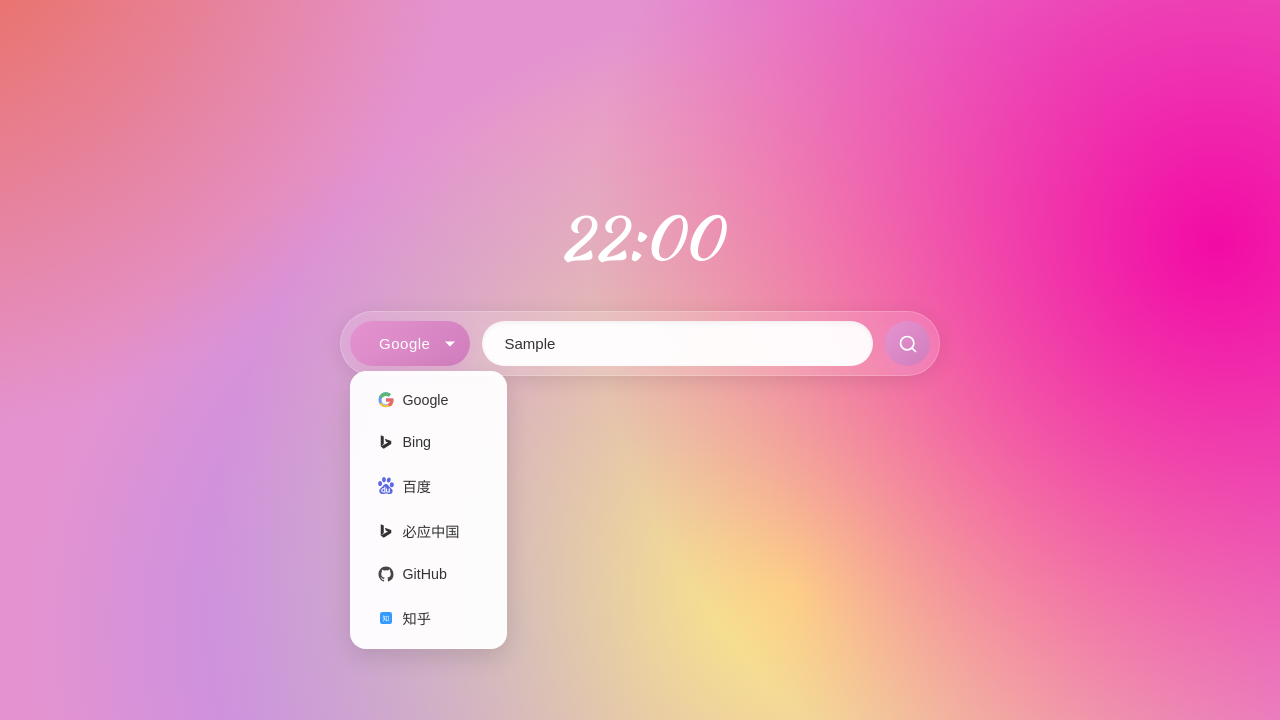
Repository: RADEKWRLD/NaviR
Page: index.html
These files come from the project's save history. The page is drawn as it stood at one moment and after the next save; the edit follows.
The browser window is 1280 px wide. The pictures show the whole page.
Empty fields were first filled with sample values (such as "Sample", 5 or name@example.com).
After loading, the first visible `#engine-btn` was clicked once.

Above is the page before, as saved 2025-05-23 23:02:46.
Console error: TypeError: Cannot read properties of null (reading 'appendChild')

### index.html
<!DOCTYPE html>
<html lang="en">
<head>
    <meta charset="UTF-8">
    <meta name="viewport" content="width=device-width, initial-scale=1.0">
    <title>Document</title>
    <link rel="stylesheet" href="style.css">
</head>
<body>
    <div id="main">
        <div id="clock"><span>00:00</span></div>

        <div class="search-container">
            <form id="search-form">
                <div class="engine-dropdown">
                    <button type="button" id="engine-btn" class="engine-btn">Google</button>
                    <ul id="engine-menu" class="engine-menu">
                        <li data-value="Google">
                            <!-- Google SVG -->
                            <svg width="20" height="20" viewBox="0 0 48 48"><g><path fill="#4285F4" d="M43.6 20.5H42V20H24v8h11.3C34.7 32.1 30.1 36 24 36c-6.6 0-12-5.4-12-12s5.4-12 12-12c2.7 0 5.2.9 7.2 2.4l6-6C33.5 5.1 28.1 3 24 3 12.9 3 4 11.9 4 23s8.9 20 20 20c11 0 19.7-8 19.7-20 0-1.3-.1-2.7-.3-4z"/><path fill="#34A853" d="M6.3 14.7l6.6 4.8C14.5 16.1 18.9 13 24 13c2.7 0 5.2.9 7.2 2.4l6-6C33.5 5.1 28.1 3 24 3c-7.7 0-14.2 4.4-17.7 10.7z"/><path fill="#FBBC05" d="M24 43c6.1 0 11.2-2 14.9-5.4l-6.9-5.7C30.1 36 25.5 38 24 38c-5.1 0-9.5-3.1-11.1-7.5l-6.6 5.1C9.8 39.6 16.3 43 24 43z"/><path fill="#EA4335" d="M43.6 20.5H42V20H24v8h11.3c-1.1 3.1-4.3 6-7.3 7.5l6.9 5.7C40.2 39.6 44 32.7 44 24c0-1.3-.1-2.7-.4-3.5z"/></g></svg>
                            Google
                        </li>
                        <li data-value="Bing">
                            <!-- 新 Bing SVG -->
                            <svg class="icon" width="20" height="20" viewBox="0 0 1024 1024" version="1.1" xmlns="http://www.w3.org/2000/svg">
                                <path d="M213.333333 770.986667 626.346667 546.986667 512 491.946667 442.453333 332.8 810.666667 452.266667 810.666667 631.466667 382.72 890.453333 213.333333 770.986667 213.333333 133.546667 384 192 384 618.666667 213.333333 770.986667Z"></path>
                            </svg>
                            Bing
                        </li>
                        <li data-value="百度">
                            <!-- 百度 SVG -->
                            <svg xmlns="http://www.w3.org/2000/svg" viewBox="32.482 0 961.665 1077.564" width="20" height="20">
                                <path fill="#3245DF" d="M184.682 538.759c111.177-23.874 96.03-156.737 92.702-185.776-5.445-44.768-58.102-123.02-129.606-116.831-89.98 8.074-103.126 138.052-103.126 138.052-12.17 60.08 29.132 188.452 140.03 164.555zM302.746 769.86c-3.257 9.331-10.517 33.228-4.234 54.03 12.402 46.677 52.912 48.77 52.912 48.77h58.218V730.35h-62.336c-28.016 8.354-41.535 30.157-44.56 39.51zm88.281-453.898c61.406 0 111.037-70.667 111.037-158.04C502.064 70.643 452.433 0 391.027 0c-61.312 0-111.06 70.643-111.06 157.923 0 87.373 49.77 158.04 111.06 158.04zm264.47 10.447c82.068 10.657 134.84-76.925 145.335-143.31 10.703-66.292-42.256-143.288-100.357-156.527-58.218-13.356-130.909 79.904-137.54 140.704-7.912 74.32 10.633 148.593 92.562 159.133zm201.086 390.213s-126.976-98.24-201.11-204.414C555 355.66 412.272 419.37 364.525 498.993 316.987 578.594 242.9 628.947 232.382 642.28c-10.68 13.124-153.385 90.166-121.694 230.87 31.669 140.612 142.939 137.936 142.939 137.936s81.998 8.074 177.12-13.217c95.168-21.104 177.096 5.26 177.096 5.26s222.284 74.435 283.108-68.852c60.754-143.334-34.368-217.654-34.368-217.654zM476.26 929.88H331.739c-62.406-12.449-87.257-55.03-90.398-62.29-3.072-7.376-20.802-41.604-11.425-99.845 26.968-87.257 103.87-93.516 103.87-93.516h76.926v-94.563l65.524 1V929.88zm269.146-1h-166.3c-64.453-16.614-67.455-62.407-67.455-62.407v-183.89l67.455-1.094v165.276c4.119 17.637 26.015 20.825 26.015 20.825h68.525V682.581h71.76v246.297zm235.408-490.99c0-31.76-26.387-127.394-124.23-127.394-98.008 0-111.108 90.258-111.108 154.06 0 60.894 5.142 145.894 126.883 143.195 121.788-2.7 108.455-137.936 108.455-169.86zm0 0"/>
                            </svg>
                            百度
                        </li>
                        <li data-value="必应中国">
                            <!-- 新必应中国 SVG（同 Bing） -->
                            <svg class="icon" width="20" height="20" viewBox="0 0 1024 1024" version="1.1" xmlns="http://www.w3.org/2000/svg">
                                <path d="M213.333333 770.986667 626.346667 546.986667 512 491.946667 442.453333 332.8 810.666667 452.266667 810.666667 631.466667 382.72 890.453333 213.333333 770.986667 213.333333 133.546667 384 192 384 618.666667 213.333333 770.986667Z"></path>
                            </svg>
                            必应中国
                        </li>
                        <li data-value="GitHub">
                            <!-- GitHub SVG -->
                            <svg width="20" height="20" viewBox="0 0 24 24"><path fill="#181717" d="M12 2C6.48 2 2 6.58 2 12.26c0 4.5 2.87 8.32 6.84 9.67.5.09.68-.22.68-.48 0-.24-.01-.87-.01-1.7-2.78.62-3.37-1.36-3.37-1.36-.45-1.17-1.1-1.48-1.1-1.48-.9-.63.07-.62.07-.62 1 .07 1.53 1.05 1.53 1.05.89 1.56 2.34 1.11 2.91.85.09-.66.35-1.11.63-1.37-2.22-.26-4.56-1.14-4.56-5.07 0-1.12.39-2.03 1.03-2.75-.1-.26-.45-1.3.1-2.7 0 0 .84-.28 2.75 1.05A9.38 9.38 0 0 1 12 6.84c.85.004 1.71.12 2.51.35 1.91-1.33 2.75-1.05 2.75-1.05.55 1.4.2 2.44.1 2.7.64.72 1.03 1.63 1.03 2.75 0 3.94-2.34 4.81-4.57 5.07.36.32.68.94.68 1.9 0 1.37-.01 2.47-.01 2.8 0 .27.18.58.69.48A10.01 10.01 0 0 0 22 12.26C22 6.58 17.52 2 12 2Z"/></svg>
                            GitHub
                        </li>
                        <li data-value="知乎">
                            <!-- 知乎 SVG（简化版） -->
                            <svg width="20" height="20" viewBox="0 0 48 48"><rect x="8" y="8" width="32" height="32" rx="6" fill="#0084ff"/><text x="24" y="32" text-anchor="middle" font-size="18" fill="#fff" font-family="Arial">知</text></svg>
                            知乎
                        </li>
                    </ul>
                </div>
                <input type="text" id="search-input" placeholder="请输入搜索内容...">
                <button type="submit" class="search-icon" id="search-btn">
                    <svg xmlns="http://www.w3.org/2000/svg" width="20" height="20" viewBox="0 0 24 24" fill="none" stroke="currentColor" stroke-width="2" stroke-linecap="round" stroke-linejoin="round">
                        <circle cx="11" cy="11" r="8"></circle>
                        <line x1="21" y1="21" x2="16.65" y2="16.65"></line>
                    </svg>
                </button>
            </form>
        </div>
    </div>




    <script src="main/script.js"></script>
</body>
</html>

### style.css
@font-face {
    font-family: 'Kaushan Script';
    src: url('/Kaushan_Script/KaushanScript-Regular.ttf') format('truetype');
}

:root {
    font-size: 15px;
}

body {
    font-family: 'Quicksand', sans-serif;
    margin: 0;
    min-height: 100vh;
    background-color: #e493d0;
    background-image:
        radial-gradient(closest-side, rgba(235, 105, 78, 1), rgba(235, 105, 78, 0)),
        radial-gradient(closest-side, rgba(243, 11, 164, 1), rgba(243, 11, 164, 0)),
        radial-gradient(closest-side, rgba(254, 234, 131, 1), rgba(254, 234, 131, 0)),
        radial-gradient(closest-side, rgba(170, 142, 245, 1), rgba(170, 142, 245, 0)),
        radial-gradient(closest-side, rgba(248, 192, 147, 1), rgba(248, 192, 147, 0));
    background-size:
        130vmax 130vmax,
        80vmax 80vmax,
        90vmax 90vmax,
        110vmax 110vmax,
        90vmax 90vmax;
    background-position:
        -80vmax -80vmax,
        60vmax -30vmax,
        10vmax 10vmax,
        -30vmax -10vmax,
        50vmax 50vmax;
    background-repeat: no-repeat;
    animation: 10s movement linear infinite;
}

@keyframes movement {

    0%,
    100% {
        background-size:
            130vmax 130vmax,
            80vmax 80vmax,
            90vmax 90vmax,
            110vmax 110vmax,
            90vmax 90vmax;
        background-position:
            -80vmax -80vmax,
            60vmax -30vmax,
            10vmax 10vmax,
            -30vmax -10vmax,
            50vmax 50vmax;
    }

    25% {
        background-size:
            100vmax 100vmax,
            90vmax 90vmax,
            100vmax 100vmax,
            90vmax 90vmax,
            60vmax 60vmax;
        background-position:
            -60vmax -90vmax,
            50vmax -40vmax,
            0vmax -20vmax,
            -40vmax -20vmax,
            40vmax 60vmax;
    }

    50% {
        background-size:
            80vmax 80vmax,
            110vmax 110vmax,
            80vmax 80vmax,
            60vmax 60vmax,
            80vmax 80vmax;
        background-position:
            -50vmax -70vmax,
            40vmax -30vmax,
            10vmax 0vmax,
            20vmax 10vmax,
            30vmax 70vmax;
    }

    75% {
        background-size:
            90vmax 90vmax,
            90vmax 90vmax,
            100vmax 100vmax,
            90vmax 90vmax,
            70vmax 70vmax;
        background-position:
            -50vmax -40vmax,
            50vmax -30vmax,
            20vmax 0vmax,
            -10vmax 10vmax,
            40vmax 60vmax;
    }
}

#main {
    transition: all 0.3s ease;
    transform: translateY(-5rem);
    display: flex;
    flex-direction: column;
    align-items: center;
    justify-content: center;
    height: 100vh;
}

#clock {
    font-size: 4rem;
    color: #fff;
    font-family: 'Kaushan Script', cursive;
}

.search-container {
    margin-top: 2rem;
    width: 100%;
    max-width: 600px;
    padding: 0 1rem;
}

#search-form {
    display: flex;
    gap: 0.8rem;
    background: rgba(255, 255, 255, 0.15);
    padding: 0.6rem;
    border-radius: 50px;
    backdrop-filter: blur(10px);
    box-shadow: 0 4px 20px rgba(0, 0, 0, 0.1);
    border: 1px solid rgba(255, 255, 255, 0.2);
    transition: all 0.3s ease;
}

#search-form:hover {
    background: rgba(255, 255, 255, 0.2);
    box-shadow: 0 8px 25px rgba(0, 0, 0, 0.15);
    transform: translateY(-1px);
}

#search-input {
    flex: 1;
    padding: 0.8rem 1.5rem;
    border: none;
    border-radius: 25px;
    background: rgba(255, 255, 255, 0.95);
    color: #333;
    font-family: 'Quicksand', sans-serif;
    font-size: 1rem;
    outline: none;
    transition: all 0.3s ease;
    box-shadow: inset 0 2px 5px rgba(0, 0, 0, 0.05);
}

#search-input:focus {
    background: #fff;
    box-shadow: inset 0 2px 5px rgba(0, 0, 0, 0.05),
        0 0 0 3px rgba(228, 147, 208, 0.2);
}

#search-input::placeholder {
    color: #999;
    font-weight: 500;
}

#search-form button {
    border: none;
    background: linear-gradient(135deg, #e493d0, #d17dbd);
    color: white;
    font-family: 'Quicksand', sans-serif;
    cursor: pointer;
    transition: all 0.3s ease;
    display: flex;
    align-items: center;
    justify-content: center;
    box-shadow: 0 4px 15px rgba(228, 147, 208, 0.3);
}

#engine-btn {
    width: 3rem;
    border-radius: 25px;
}

#search-form #search-btn {
    width: 45px;
    height: 45px;
    border-radius: 50%;
}

#search-form #search-btn:hover {
    background: linear-gradient(135deg, #d17dbd, #e493d0);
    transform: scale(1.05) rotate(360deg);
    box-shadow: 0 6px 20px rgba(228, 147, 208, 0.4);
}

#search-form button svg {
    width: 20px;
    height: 20px;
    transition: all 0.3s ease;
}

#search-form button:hover svg {
    transform: scale(1.1);
}

.engine-dropdown {
    position: relative;
}

.engine-btn {
    padding: 0.7rem 1.8rem;
    border: none;
    border-radius: 25px;
    background: rgba(255, 255, 255, 0.15);
    backdrop-filter: blur(10px);
    color: #fff;
    font-family: 'Quicksand', sans-serif;
    cursor: pointer;
    outline: none;
    min-width: 120px;
    font-size: 1rem;
    height: 45px;
    display: flex;
    align-items: center;
    justify-content: center;
    transition: all 0.3s ease;
    box-shadow: 0 2px 8px rgba(0, 0, 0, 0.1);
    font-weight: 500;
    letter-spacing: 0.5px;
    position: relative;
    padding-right: 2.5rem;
}

.engine-btn::after {
    content: '';
    position: absolute;
    right: 1rem;
    top: 50%;
    transform: translateY(-50%);
    width: 0;
    height: 0;
    border-left: 5px solid transparent;
    border-right: 5px solid transparent;
    border-top: 5px solid #fff;
    transition: transform 0.3s ease;
}

.engine-btn:hover {
    background: rgba(255, 255, 255, 0.25);
    transform: translateY(-1px);
    box-shadow: 0 4px 12px rgba(0, 0, 0, 0.15);
}

.engine-btn.active::after {
    transform: translateY(-50%) rotate(180deg);
}

.engine-menu {
    display: none;
    position: absolute;
    top: 110%;
    left: 0;
    z-index: 10;
    background: rgba(255, 255, 255, 0.95);
    backdrop-filter: blur(10px);
    border-radius: 16px;
    box-shadow: 0 8px 24px rgba(0, 0, 0, 0.12);
    list-style: none;
    margin: 0;
    padding: 0.5rem;
    min-width: 140px;
    font-family: 'Quicksand', sans-serif;
    border: 1px solid rgba(255, 255, 255, 0.2);
}

.engine-menu.show {
    display: block;
    animation: fadeIn 0.2s ease;
}

@keyframes fadeIn {
    from {
        opacity: 0;
        transform: translateY(-10px);
    }

    to {
        opacity: 1;
        transform: translateY(0);
    }
}

.engine-menu li {
    padding: 0.8rem 1.2rem;
    cursor: pointer;
    transition: all 0.2s ease;
    color: #333;
    border: none;
    background: none;
    font-size: 0.95rem;
    border-radius: 12px;
    display: flex;
    align-items: center;
    gap: 8px;
}

.engine-menu li:hover {
    background: rgba(228, 147, 208, 0.1);
    color: #e493d0;
}

.engine-menu li svg {
    width: 18px;
    height: 18px;
    opacity: 0.8;
}

### main/script.js
//更新时间
function updateTime() {
    const now = new Date();
    const hours = String(now.getHours()).padStart(2, '0');
    const minutes = String(now.getMinutes()).padStart(2, '0');
    const timeString = `${hours}:${minutes}`;
    document.getElementById('clock').textContent = timeString;
}

// 搜索引擎配置
const searchEngines = {
    google: {
        name: 'Google',
        url: 'https://www.google.com/search?q='
    },
    bing: {
        name: 'Bing',
        url: 'https://www.bing.com/search?q='
    },
    baidu: {
        name: '百度',
        url: 'https://www.baidu.com/s?wd='
    },
    bingcn: {
        name: '必应中国',
        url: 'https://cn.bing.com/search?q='
    },
    github: {
        name: 'GitHub',
        url: 'https://github.com/search?q='
    },
    zhihu: {
        name: '知乎',
        url: 'https://www.zhihu.com/search?q='
    }
};

// 1. 搜索引擎的搜索URL模板
const engineSearchUrls = {
    "Google": "https://www.google.com/search?q=",
    "Bing": "https://www.bing.com/search?q=",
    "百度": "https://www.baidu.com/s?wd=",
    "必应中国": "https://cn.bing.com/search?q=",
    "GitHub": "https://github.com/search?q=",
    "知乎": "https://www.zhihu.com/search?type=content&q="
};

// 2. 当前选中的引擎，默认Google
let currentEngine = "Google";

// 初始化搜索功能
function initSearch() {
    const searchForm = document.getElementById('search-form');
    const searchInput = document.getElementById('search-input');
    const searchEngine = document.getElementById('search-engine');

    // 动态添加搜索引擎选项
    for (const [key, engine] of Object.entries(searchEngines)) {
        const option = document.createElement('option');
        option.value = key;
        option.textContent = engine.name;
        searchEngine.appendChild(option);
    }

    searchForm.addEventListener('submit', function(e) {
        e.preventDefault();
        const searchTerm = searchInput.value.trim();
        if (searchTerm) {
            const engine = searchEngine.value;
            const searchUrl = searchEngines[engine].url + encodeURIComponent(searchTerm);
            window.location.href = searchUrl;
        }
    });
}

// 搜索引擎下拉菜单逻辑
const engineBtn = document.getElementById('engine-btn');
const engineMenu = document.getElementById('engine-menu');

engineBtn.addEventListener('click', function(e) {
    e.preventDefault();
    engineMenu.classList.toggle('show');
});

// 3. 监听菜单点击，切换引擎
document.querySelectorAll('#engine-menu li').forEach(li => {
    li.addEventListener('click', function() {
        const name = this.getAttribute('data-value');
        currentEngine = name;
        engineBtn.textContent = name + ' ▼';
        engineMenu.classList.remove('show');
    });
});

// 点击外部关闭菜单
document.addEventListener('click', function(e) {
    if (!engineBtn.contains(e.target) && !engineMenu.contains(e.target)) {
        engineMenu.classList.remove('show');
    }
});

// 监听表单提交
document.getElementById('search-form').addEventListener('submit', function(e) {
    e.preventDefault(); // 阻止表单默认提交
    const keyword = document.getElementById('search-input').value.trim();
    if (!keyword) return;
    const url = engineSearchUrls[currentEngine] + encodeURIComponent(keyword);
    window.location.href = url; // 新标签页打开
});

function init() {
    updateTime();
    setInterval(updateTime, 1000);
    // 搜索框事件监听
    initSearch();
}
init();

After the next save:
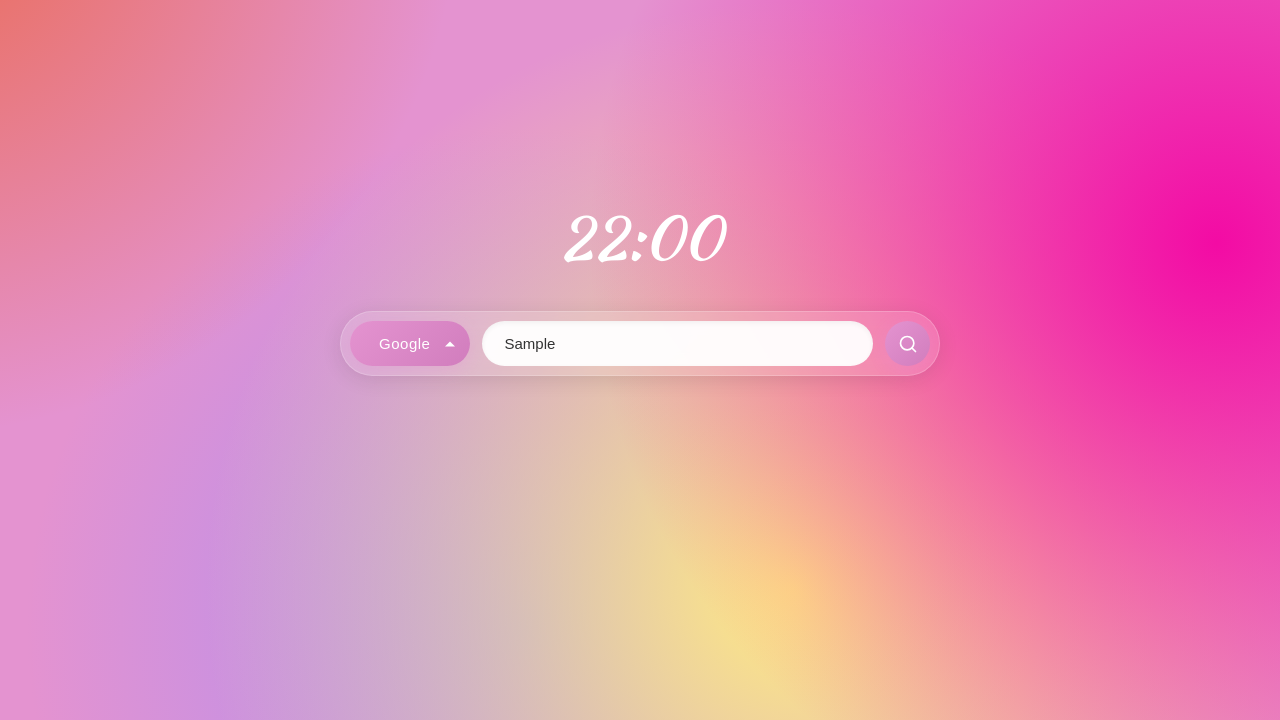
Saved 14 s later.
--- a/main/script.js
+++ b/main/script.js
@@ -74,12 +74,11 @@ function initSearch() {
 }
 
 // 搜索引擎下拉菜单逻辑
-const engineBtn = document.getElementById('engine-btn');
+const engineBtn = document.querySelector('.engine-btn');
 const engineMenu = document.getElementById('engine-menu');
 
-engineBtn.addEventListener('click', function(e) {
-    e.preventDefault();
-    engineMenu.classList.toggle('show');
+engineBtn.addEventListener('click', () => {
+    engineBtn.classList.toggle('active');
 });
 
 // 3. 监听菜单点击，切换引擎
